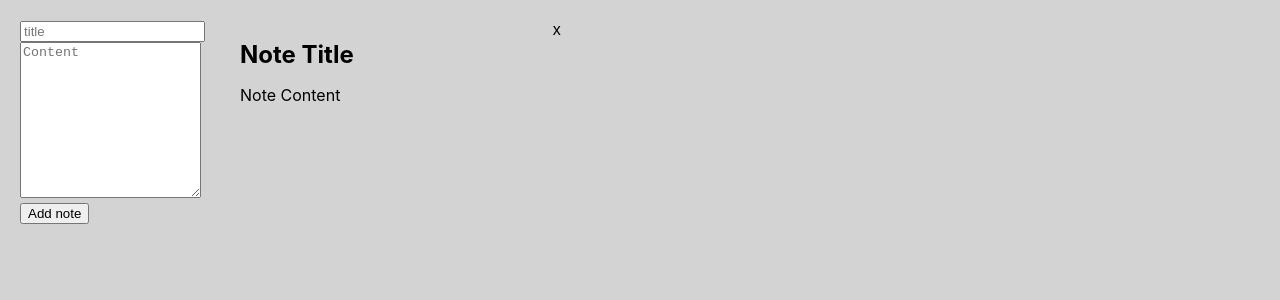
Repository: karolina-rachuta/Notes_React_Node_Js
Page: /
These files come from the project's save history. The page is drawn as it stood at one moment and after the next save; the edit follows.
The browser window is 1280 px wide. The pictures show the whole page.
The project was rebuilt for these pictures with package versions that can differ from the ones it lists, and the page was loaded fresh each time.

Above is the page before, as saved 2024-08-10 21:31:02.

### src/App.tsx
import './App.css';

function App() {
  return (
    <div className="app-container">
      <form action="note-form">
        <input
          type="text"
          placeholder="title"
          value=""
          required
        />
        <textarea
          placeholder="Content"
          name=""
          id=""
          cols={20}
          rows={10}
          required
        ></textarea>
        <button type="submit">Add note</button>
      </form>
      <div className="notes-grid">
        <div className="notes-item">
          <div className="notes-header">
            <button>x</button>
          </div>
          <h2>Note Title</h2>
          <p>Note Content</p>
        </div>
      </div>
    </div>
  );
}

export default App;

### src/App.css
body {
  margin: 20px;
  background-color: lightgray;
}

.app-container {
  grid-template-columns: 1fr;
}

@media (min-width: 600px) {
  .app-container {
    display: grid;
    grid-template-columns: 200px 1fr;
    gap: 20px;
  }
}

.notes-grid {
  display: grid;
  grid-template-columns: repeat(auto-fill, minmax(250px, 1fr));
  grid-auto-rows: minmax(250px, auto);
  gap: 20px;
}

.note-item {
  display: flex;
  flex-direction: column;
  border: 1px solid #ccc;
  padding: 10px;
  border-radius: 5px;
  background-color: #f9f9f9;
  box-shadow: 0px 0px 10px rgba(0, 0, 0, 0.1);
  cursor: pointer;
}

.notes-header {
  display: flex;
  justify-content: flex-end;
}

.notes-header button {
  font-size: 16px;
  background: transparent;
  border: none;
  cursor: pointer;
  max-width: fit-content;
}

h2 {
  margin: 0;
}

.note-form {
  display: flex;
  flex-direction: column;
  gap: 20px;
}

Loaded but not shown: public/index.html (common file); src/index.tsx (common file); src/index.css (common file); src/reportWebVitals.ts (common file)

After the next save:
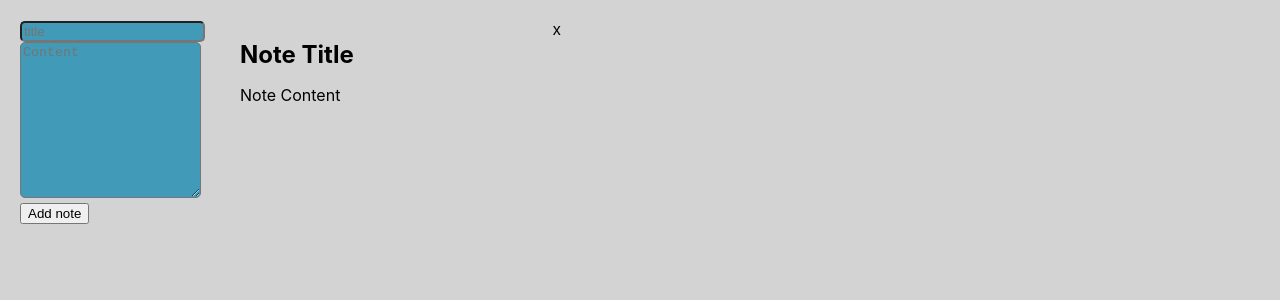
Saved 48 s later.
--- a/src/App.css
+++ b/src/App.css
@@ -55,3 +55,9 @@ h2 {
   flex-direction: column;
   gap: 20px;
 }
+
+textarea,
+input {
+border-radius: 5px;
+background-color: rgb(64, 154, 184);
+}
